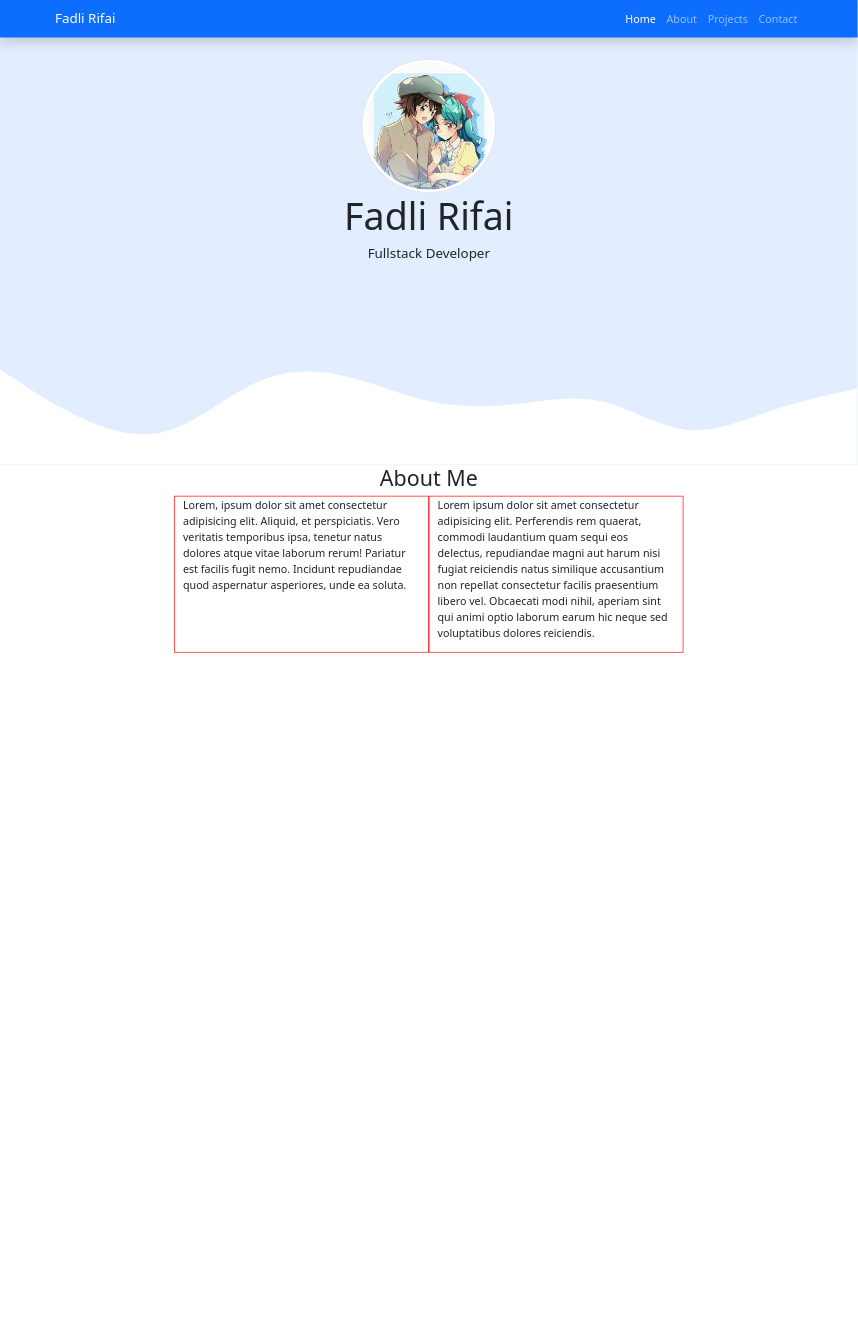
Repository: fadlyyy/fadli-dev.github.io
Page: index.html
The author's editor kept a copy of each file at every save. The page is drawn from the files as they stood at one save, then again after the next save.
The browser window is 1280 px wide. The pictures show the whole page, at 67% of full size.

Above is the page before, as saved 2024-01-19 10:33:54.

After the next save:
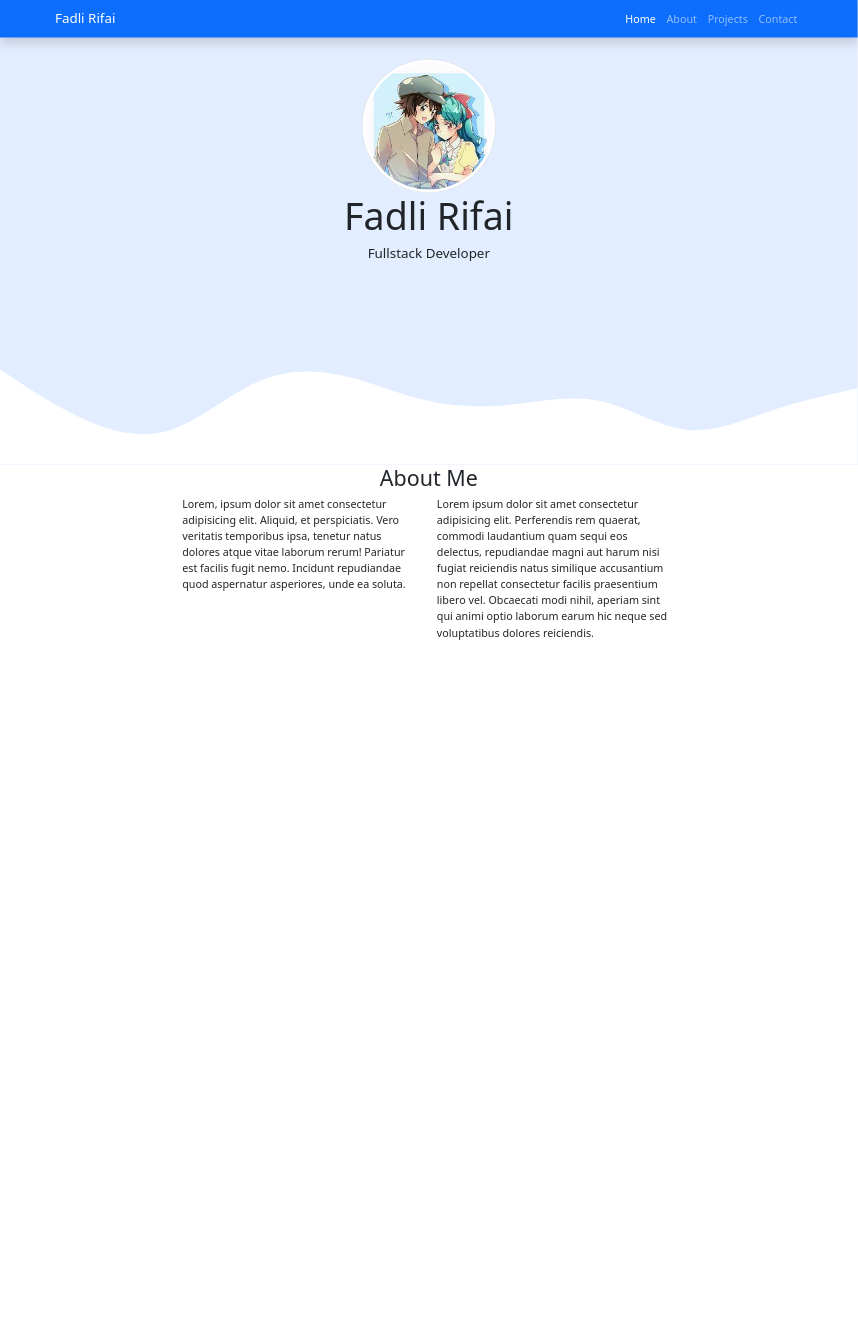
Saved 7 s later.
--- a/style.css
+++ b/style.css
@@ -6,7 +6,3 @@ body {
   padding-top: 2rem;
   background-color: #e2edff;
 }
-
-.cek div {
-  border: 1px solid red;
-}
